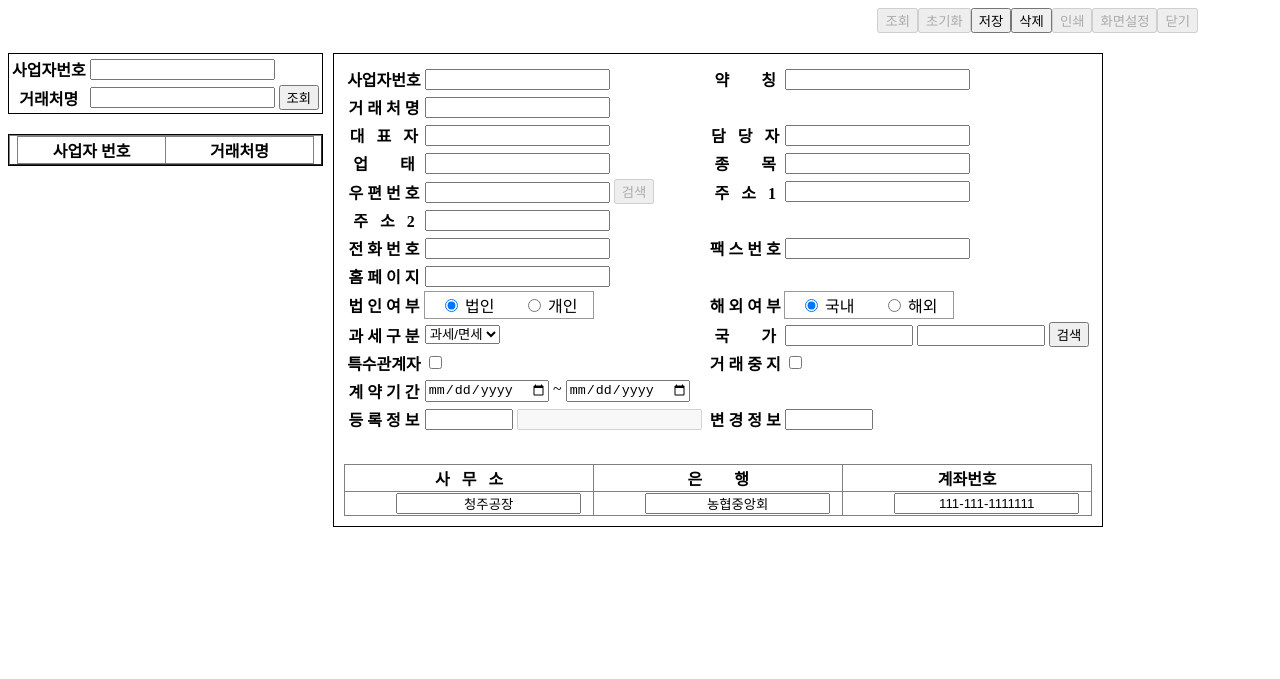
Repository: Chocobe/-practice-FrontSide-Tip
Page: http://localhost/wishTestProject/views/accountManager/accountManagerView.jsp
The author's editor kept a copy of each file at every save. The page is drawn from the files as they stood at one save, then again after the next save.
The browser window is 1280 px wide. The pictures show the whole page.
The page is served by Tomcat 9. Nobody is signed in. The application's start-up code is not run.

Above is the page before, as saved 2020-02-27 02:51:00.

After the next save:
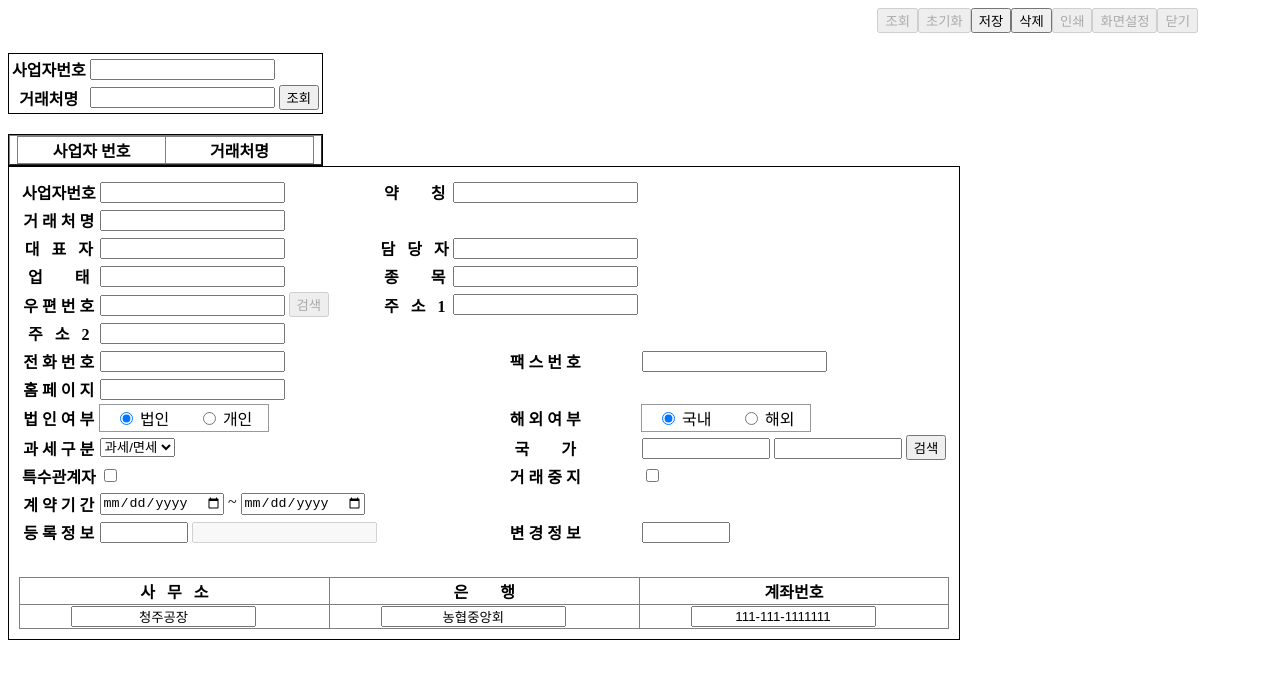
Saved 35 s later.
--- a/wishTest/wishTestProject/WebContent/views/accountManager/accountManagerView.jsp
+++ b/wishTest/wishTestProject/WebContent/views/accountManager/accountManagerView.jsp
@@ -104,7 +104,6 @@
                                 <input type="text" name="voBusiNum" class="voBusiNum">
                             </td>
 
-                            <td></td>
 
                             <th>약&nbsp;&nbsp;&nbsp;&nbsp;&nbsp;&nbsp;&nbsp;&nbsp;칭</th>
 
@@ -128,7 +127,6 @@
                                 <input type="text" name="voCEO" class="voCEO">
                             </td>
 
-                            <td></td>
 
                             <th>담&nbsp;&nbsp;&nbsp;당&nbsp;&nbsp;&nbsp;자</th>
 
@@ -144,7 +142,6 @@
                                 <input type="text" name="voBusiCondition" class="voBusiCondition">
                             </td>
 
-                            <td></td>
 
                             <th>종&nbsp;&nbsp;&nbsp;&nbsp;&nbsp;&nbsp;&nbsp;&nbsp;목</th>
 
@@ -161,7 +158,6 @@
                                 <input type="button" class="postSearchButton" value="검색" disabled>
                             </td>
 
-                            <td></td>
 
                             <th>주&nbsp;&nbsp;&nbsp;소&nbsp;&nbsp;&nbsp;1</th>
 
@@ -173,7 +169,7 @@
                         <tr>
                             <th>주&nbsp;&nbsp;&nbsp;소&nbsp;&nbsp;&nbsp;2</th>
 
-                            <td colspan="4">
+                            <td colspan="3">
                                 <input type="text" name="voAddr2" class="voAddr2">
                             </td>
                         </tr>
